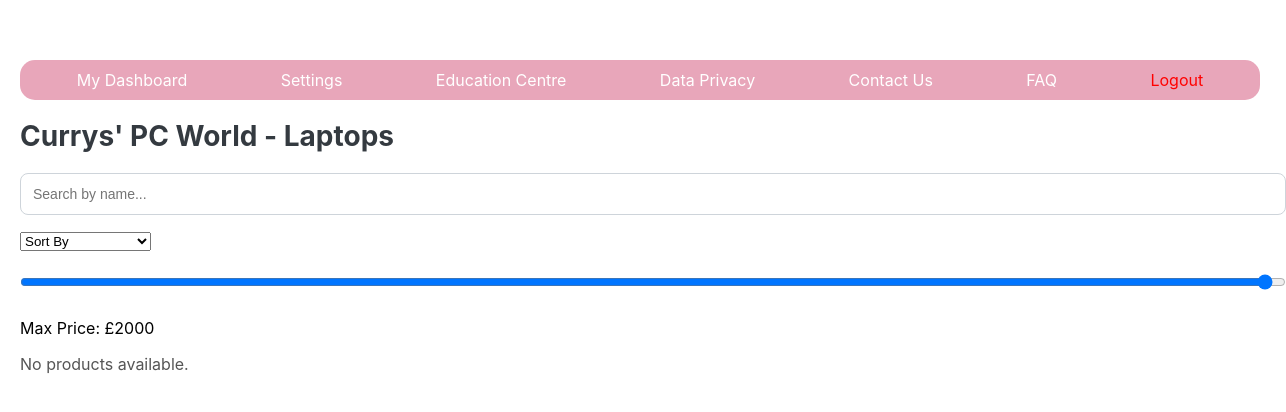
Repository: aab232/https---github.com-aab232-Deferred-Payment-Platform
Page: /main (app in frontend/)
These files come from the project's save history. The page is drawn as it stood at one moment and after the next save; the edit follows.
The browser window is 1280 px wide. The page is 1286 px wide, so the pictures cover 1286 px, including what lies to the right of the window. The pictures show the whole page.
The page's requests for data from a server got no answer. The project was rebuilt for these pictures with package versions that can differ from the ones it lists, and the page was loaded fresh each time. No one was signed in, and anything a server would have sent is missing. Also part of the build but not shown: frontend/src/components/Home.js, frontend/src/components/Register.js, frontend/src/components/Login.js, frontend/src/components/BackButton.css, frontend/src/components/BackButton.js, frontend/src/components/Settings.js.

Above is the page before, as saved 2025-04-01 01:19:00.

After the next save:
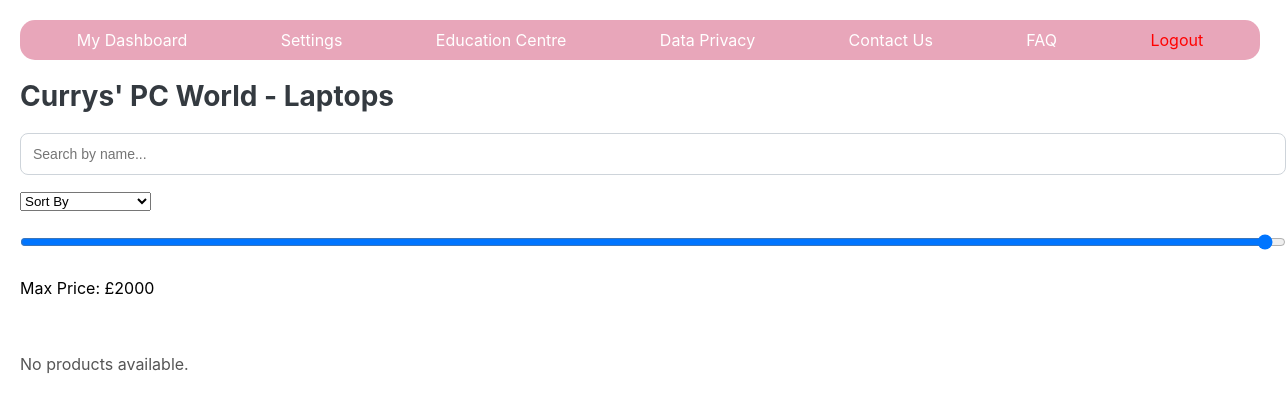
Saved 83 s later.
--- a/frontend/src/components/Main.css
+++ b/frontend/src/components/Main.css
@@ -1,6 +1,5 @@
 .main-container {
   padding: 20px;
-  padding-top: 60px;
 }
 
 .taskbar {
@@ -9,7 +8,7 @@
   background: #e8a6ba;
   padding: 10px;
   color: white;
-  border-radius: 15px;
+  border-radius: 15px; /* Rounds the edges of the taskbar */
 }
 
 .tab {
@@ -20,14 +19,16 @@
   color: red;
 }
 
+/* Move the content below the taskbar */
 .controls {
-  margin: 40px 0;
+  margin-top: 40px; /* Only apply margin here, so it doesn't affect taskbar */
 }
 
 .products-container {
   display: flex;
   flex-wrap: wrap;
   gap: 20px;
+  margin-top: 40px; /* Add space before products container */
 }
 
 .product-card {
